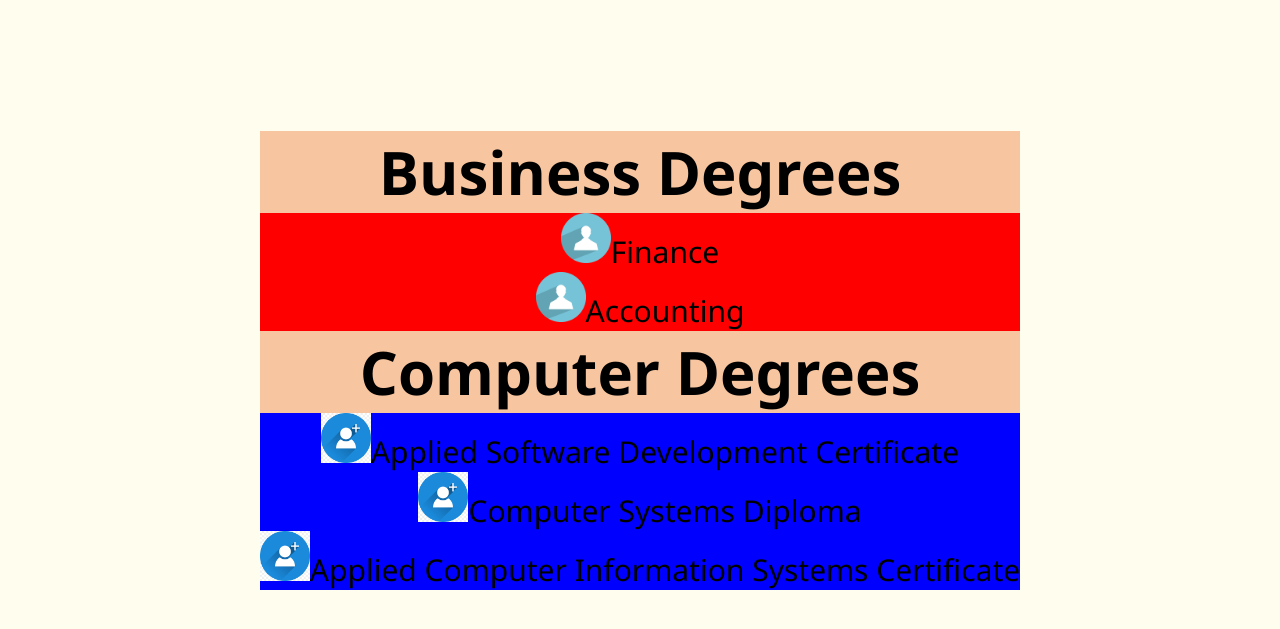
Repository: NeemaToto/mdia2109week3
Page: /
These files come from the project's save history. The page is drawn as it stood at one moment and after the next save; the edit follows.
The browser window is 1280 px wide. The pictures show the whole page.
The project was rebuilt for these pictures with package versions that can differ from the ones it lists, and the page was loaded fresh each time. The framework's server and built-in components were replaced by stand-ins that run in the browser. Also part of the build but not shown: next.config.js.

Above is the page before, as saved 2023-01-19 12:42:07.

### pages/index.js
import Head from 'next/head'
import Image from 'next/image'
import { Inter } from '@next/font/google'
import styles from '@/styles/Home.module.css'
import data from '../data/education.json'
import { useState } from 'react'
import Card from '../components/card'
import Link from 'next/link'

const inter = Inter({ subsets: ['latin'] })

export default function Home() {
  console.log(data);
  const [information, setInformation] = useState([...data]);

  return (
    <>
      <Head>
        <title>Departments of School</title>
        <meta name="description" content="Generated by create next app" />
        <meta name="viewport" content="width=device-width, initial-scale=1" />
        <link rel="icon" href="/degree-icon.png"/>
      </Head>
      <main className={styles.main}>
        <div className={styles.degrees}>
          <h1 className=''>Business Degrees</h1>
          {
            information && information.map((info, index) => {
              if (info.department === "Business") {
                return (
                  <Card key={index} degree={info.degree} colour="red" font="30px" />
                )
              }
            })
          }
          <h1>Computer Degrees</h1>
          {
            information && information.map((info, index) => {
              if (info.department === "Computing") {
                return (
                  <Card key={index} degree={info.degree} colour="blue" font="30px" />
                )
              }
            })
          }
        </div>
      </main>
    </>
  )
}

### styles/globals.css
:root {
  --max-width: 1100px;
  --border-radius: 12px;
  --font-mono: ui-monospace, Menlo, Monaco, 'Cascadia Mono', 'Segoe UI Mono',
    'Roboto Mono', 'Oxygen Mono', 'Ubuntu Monospace', 'Source Code Pro',
    'Fira Mono', 'Droid Sans Mono', 'Courier New', monospace;

  --foreground-rgb: 0, 0, 0;
  --background-start-rgb: 214, 219, 220;
  --background-end-rgb: 255, 255, 255;

  --primary-glow: conic-gradient(
    from 180deg at 50% 50%,
    #16abff33 0deg,
    #0885ff33 55deg,
    #54d6ff33 120deg,
    #0071ff33 160deg,
    transparent 360deg
  );
  --secondary-glow: radial-gradient(
    rgba(255, 255, 255, 1),
    rgba(255, 255, 255, 0)
  );

  --tile-start-rgb: 239, 245, 249;
  --tile-end-rgb: 228, 232, 233;
  --tile-border: conic-gradient(
    #00000080,
    #00000040,
    #00000030,
    #00000020,
    #00000010,
    #00000010,
    #00000080
  );

  --callout-rgb: 238, 240, 241;
  --callout-border-rgb: 172, 175, 176;
  --card-rgb: 180, 185, 188;
  --card-border-rgb: 131, 134, 135;
}

@media (prefers-color-scheme: dark) {
  :root {
    --foreground-rgb: 255, 255, 255;
    --background-start-rgb: 0, 0, 0;
    --background-end-rgb: 0, 0, 0;

    --primary-glow: radial-gradient(rgba(1, 65, 255, 0.4), rgba(1, 65, 255, 0));
    --secondary-glow: linear-gradient(
      to bottom right,
      rgba(1, 65, 255, 0),
      rgba(1, 65, 255, 0),
      rgba(1, 65, 255, 0.3)
    );

    --tile-start-rgb: 2, 13, 46;
    --tile-end-rgb: 2, 5, 19;
    --tile-border: conic-gradient(
      #ffffff80,
      #ffffff40,
      #ffffff30,
      #ffffff20,
      #ffffff10,
      #ffffff10,
      #ffffff80
    );

    --callout-rgb: 20, 20, 20;
    --callout-border-rgb: 108, 108, 108;
    --card-rgb: 100, 100, 100;
    --card-border-rgb: 200, 200, 200;
  }
}

* {
  box-sizing: border-box;
  padding: 0;
  margin: 0;
}

html,
body {
  max-width: 100vw;
  overflow-x: hidden;
}

body {
  color: rgb(var(--foreground-rgb));
  background: linear-gradient(
      to bottom,
      transparent,
      rgb(var(--background-end-rgb))
    )
    rgb(var(--background-start-rgb));
}

a {
  color: inherit;
  text-decoration: none;
}

@media (prefers-color-scheme: dark) {
  html {
    color-scheme: dark;
  }
}


.degrees{
  font-size: 10000px;
}

### styles/Home.module.css
.main {
  display: flex;
  flex-direction: row;
  justify-content: center;
  align-items: center;
  padding: 6rem;
  min-height: 100vh;
  background-color: #fffded;
}

.description {
  display: inherit;
  justify-content: inherit;
  align-items: inherit;
  font-size: 0.85rem;
  max-width: var(--max-width);
  width: 100%;
  z-index: 2;
  font-family: var(--font-mono);
}

.description a {
  display: flex;
  justify-content: center;
  align-items: center;
  gap: 0.5rem;
}

.description p {
  position: relative;
  margin: 0;
  padding: 1rem;
  background-color: rgba(var(--callout-rgb), 0.5);
  border: 1px solid rgba(var(--callout-border-rgb), 0.3);
  border-radius: var(--border-radius);
}

.code {
  font-weight: 700;
  font-family: var(--font-mono);
}

.grid {
  display: grid;
  grid-template-columns: repeat(4, minmax(25%, auto));
  width: var(--max-width);
  max-width: 100%;
}

.card {
  padding: 1rem 1.2rem;
  border-radius: var(--border-radius);
  background: rgba(var(--card-rgb), 0);
  border: 1px solid rgba(var(--card-border-rgb), 0);
  transition: background 200ms, border 200ms;
}

.card span {
  display: inline-block;
  transition: transform 200ms;
}

.card h2 {
  font-weight: 600;
  margin-bottom: 0.7rem;
}

.card p {
  margin: 0;
  opacity: 0.6;
  font-size: 0.9rem;
  line-height: 1.5;
  max-width: 30ch;
}

.center {
  display: flex;
  justify-content: center;
  align-items: center;
  position: relative;
  padding: 4rem 0;
}

.center::before {
  background: var(--secondary-glow);
  border-radius: 50%;
  width: 480px;
  height: 360px;
  margin-left: -400px;
}

.center::after {
  background: var(--primary-glow);
  width: 240px;
  height: 180px;
  z-index: -1;
}

.center::before,
.center::after {
  content: '';
  left: 50%;
  position: absolute;
  filter: blur(45px);
  transform: translateZ(0);
}

.logo,
.thirteen {
  position: relative;
}

.thirteen {
  display: flex;
  justify-content: center;
  align-items: center;
  width: 75px;
  height: 75px;
  padding: 25px 10px;
  margin-left: 16px;
  transform: translateZ(0);
  border-radius: var(--border-radius);
  overflow: hidden;
  box-shadow: 0px 2px 8px -1px #0000001a;
}

.thirteen::before,
.thirteen::after {
  content: '';
  position: absolute;
  z-index: -1;
}

/* Conic Gradient Animation */
.thirteen::before {
  animation: 6s rotate linear infinite;
  width: 200%;
  height: 200%;
  background: var(--tile-border);
}

/* Inner Square */
.thirteen::after {
  inset: 0;
  padding: 1px;
  border-radius: var(--border-radius);
  background: linear-gradient(
    to bottom right,
    rgba(var(--tile-start-rgb), 1),
    rgba(var(--tile-end-rgb), 1)
  );
  background-clip: content-box;
}

/* Enable hover only on non-touch devices */
@media (hover: hover) and (pointer: fine) {
  .card:hover {
    background: rgba(var(--card-rgb), 0.1);
    border: 1px solid rgba(var(--card-border-rgb), 0.15);
  }

  .card:hover span {
    transform: translateX(4px);
  }
}

@media (prefers-reduced-motion) {
  .thirteen::before {
    animation: none;
  }

  .card:hover span {
    transform: none;
  }
}

/* Mobile */
@media (max-width: 700px) {
  .content {
    padding: 4rem;
  }

  .grid {
    grid-template-columns: 1fr;
    margin-bottom: 120px;
    max-width: 320px;
    text-align: center;
  }

  .card {
    padding: 1rem 2.5rem;
  }

  .card h2 {
    margin-bottom: 0.5rem;
  }

  .center {
    padding: 8rem 0 6rem;
  }

  .center::before {
    transform: none;
    height: 300px;
  }

  .description {
    font-size: 0.8rem;
  }

  .description a {
    padding: 1rem;
  }

  .description p,
  .description div {
    display: flex;
    justify-content: center;
    position: fixed;
    width: 100%;
  }

  .description p {
    align-items: center;
    inset: 0 0 auto;
    padding: 2rem 1rem 1.4rem;
    border-radius: 0;
    border: none;
    border-bottom: 1px solid rgba(var(--callout-border-rgb), 0.25);
    background: linear-gradient(
      to bottom,
      rgba(var(--background-start-rgb), 1),
      rgba(var(--callout-rgb), 0.5)
    );
    background-clip: padding-box;
    backdrop-filter: blur(24px);
  }

  .description div {
    align-items: flex-end;
    pointer-events: none;
    inset: auto 0 0;
    padding: 2rem;
    height: 200px;
    background: linear-gradient(
      to bottom,
      transparent 0%,
      rgb(var(--background-end-rgb)) 40%
    );
    z-index: 1;
  }
}

/* Tablet and Smaller Desktop */
@media (min-width: 701px) and (max-width: 1120px) {
  .grid {
    grid-template-columns: repeat(2, 50%);
  }
}

@media (prefers-color-scheme: dark) {
  .vercelLogo {
    filter: invert(1);
  }

  .logo,
  .thirteen img {
    filter: invert(1) drop-shadow(0 0 0.3rem #ffffff70);
  }
}

@keyframes rotate {
  from {
    transform: rotate(360deg);
  }
  to {
    transform: rotate(0deg);
  }
}

.degrees{
  font-size: 30px;
  text-align: center;
  font-family: 'Segoe UI', Tahoma, Geneva, Verdana, sans-serif;
  background-color: #f7c59f;
}

.degrees > h1{

}

### data/education.json
[
        {
            "studentNumber": "A0004567",
            "firstName": "Person 1",
            "gpa": 3.8,
            "department": "Business",
            "degree": "Finance",
            "graduted": 2014
        },
        {
            "studentNumber": "A0001234",
            "firstName": "Person 2",
            "gpa": 3.5,
            "department": "Business",
            "degree": "Accounting",
            "graduted": 2010
        },
        {
            "studentNumber": "A0007890",
            "firstName": "Person 3",
            "gpa": 3.2,
            "department": "Computing",
            "degree": "Applied Software Development Certificate",
            "graduted": 2018
        },
        {
            "studentNumber": "A0007828",
            "firstName": "Person 4",
            "gpa": 3.9,
            "department": "Computing",
            "degree": "Computer Systems Diploma",
            "graduted": 2021
        },
        {
            "studentNumber": "A0003425",
            "firstName": "Person 5",
            "gpa": 3.2,
            "department": "Computing",
            "degree": "Applied Computer Information Systems Certificate",
            "graduted": 2021
        }
]

### components/card/index.js
export default function Card({
    degree = "none",
    colour = "purple",
    font = 0,
    image = 'icon/personTwo.png'
}){
    return(
        <div style={{backgroundColor: colour, fontSize: font}}>
            {
                colour === "red" ? <img src={'icon/person.png'} width="50"/> :
                colour === "#fce762" ? <img src={'icon/personThree.png'} width="50"/> :
                                    <img src={image} width="50"/>
            }
            {degree}
        </div>
    )
}

Loaded but not shown: pages/_app.js (common file); pages/_document.js (common file)

After the next save:
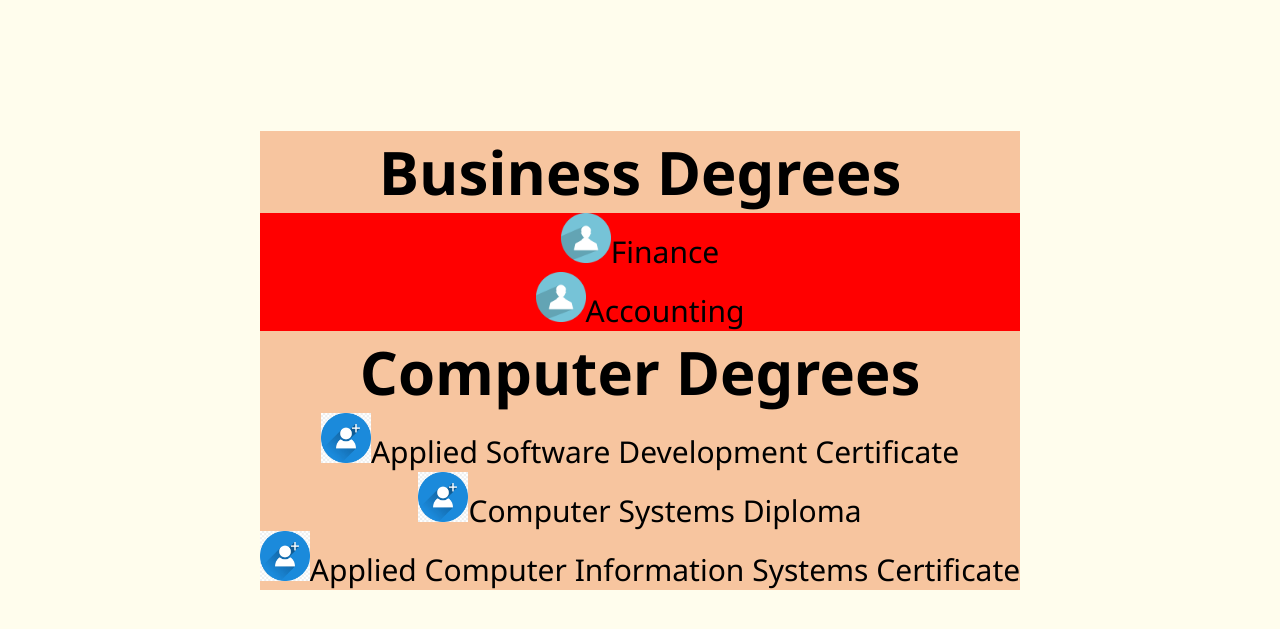
Saved 14 s later.
--- a/pages/index.js
+++ b/pages/index.js
@@ -38,7 +38,7 @@
             information && information.map((info, index) => {
               if (info.department === "Computing") {
                 return (
-                  <Card key={index} degree={info.degree} colour="blue" font="30px" />
+                  <Card key={index} degree={info.degree} colour="fce762" font="30px" />
                 )
               }
             })
